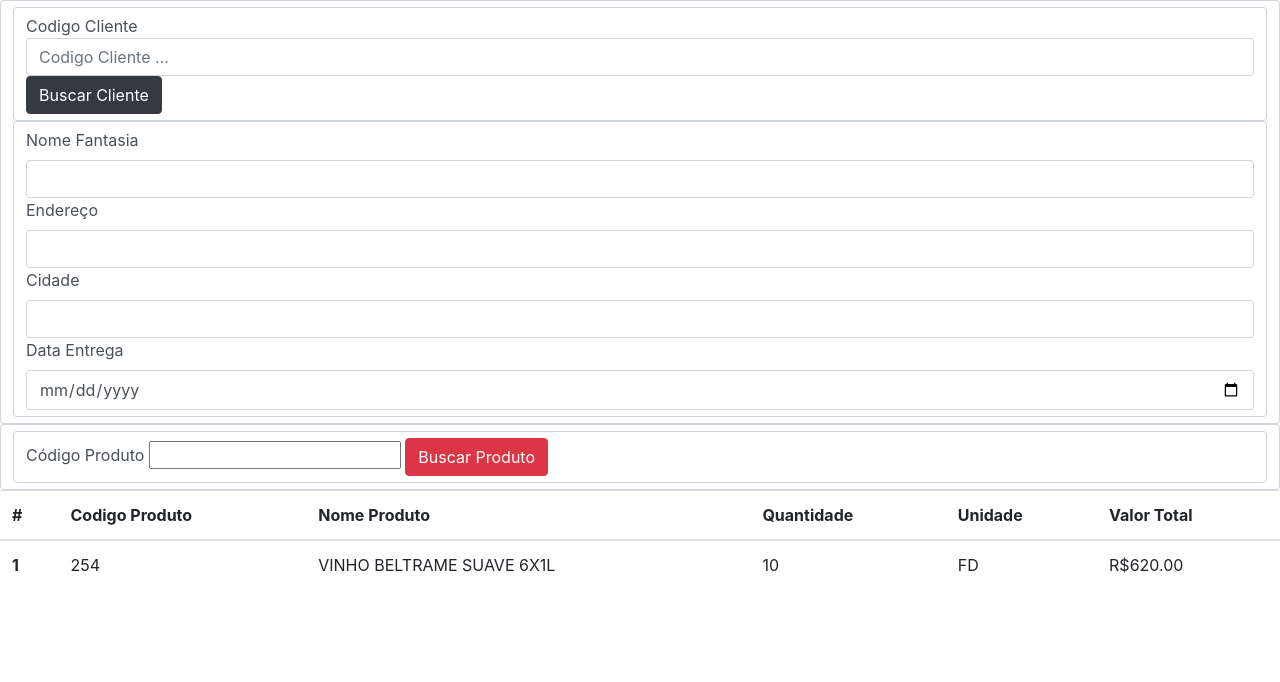
Repository: RobertoAntunes35/controle-estoque
Page: backend/templates/paginaGeracaoPedidos.html
The author's editor kept a copy of each file at every save. The page is drawn from the files as they stood at one save, then again after the next save.
The browser window is 1280 px wide. The pictures show the whole page.
Some web libraries are served in a nearby version. The template is drawn by Flask 3. The application's start-up code is not run. Other server files are loaded and not shown. The template is opened directly, without the code that normally fills it, so the values that code supplies are empty.

Above is the page before, as saved 2023-06-06 10:45:22.

### backend/templates/paginaGeracaoPedidos.html
{% extends "index.html" %}

{% block title %} Geração Pedidos {% endblock %}

{% block content %}
<div class="content-geracao-pedido">
        <form action="">
            <div class="data-clientes form-control">
                <div class="buscar form-control">
                    <label class="form-check-label" for="">Codigo Cliente</label>
                    <input class="form-control" type="text" name="codigoCliente" id="codigoCliente" placeholder="Codigo Cliente ...">
                    <a href="#" class="btn btn-dark">Buscar Cliente</a>
                </div>

                <div class="datas-cliente form-control">
                    <label for="">Nome Fantasia</label>
                    <input class="form-control" type="text" name="nomeFantasia" id="nomeFantasia">

                    <label for="">Endereço</label>
                    <input class="form-control" type="text" name="enderecoCliente" id="enderecoCliente">

                    <label for="">Cidade</label>
                    <input class="form-control" type="text" name="cidadeCliente" id="cidadeCliente">

                    <label for="">Data Entrega</label>
                    <input class="form-control" type="date" name="dataEntrega" id="dataEntrega">
                </div>
            </div>
            <div class="produtos">
                <div class="busca-produtos form-control">
                    <div class="busca form-control">
                        <label for="">Código Produto</label>
                        <input type="text" name="codigoProduto" id="codigoProduto">
                        <button class="btn btn-danger" id="btnBuscaProduto" name="btnBuscaProduto">Buscar Produto</button>

                    </div>
                </div>


                <table class="table">
                    <thead>
                        <tr>
                            <th scope="col">#</th>
                            <th scope="col">Codigo Produto</th>
                            <th scope="col">Nome Produto</th>
                            <th scope="col">Quantidade</th>
                            <th scope="col">Unidade</th>
                            <th scope="col">Valor Total</th>
                        </tr>
                    </thead>

                    <tbody>
                        <tr>
                            <th scope="row">1</th>
                            <td>254</td>
                            <td>VINHO BELTRAME SUAVE 6X1L</td>
                            <td>10</td>
                            <td>FD</td>
                            <td>R$620.00</td>
                        </tr>
                    </tbody>

                </table>

            </div>

        </form>
    </div>

{% endblock %}

### backend/templates/index.html
<!DOCTYPE html>
<html lang="en">

{% block head %}
<head>
    <meta charset="UTF-8">
    <meta http-equiv="X-UA-Compatible" content="IE=edge">
    <meta name="viewport" content="width=device-width, initial-scale=1.0">
    <title>{% block title %} {% endblock %}</title>

    <script src="https://ajax.googleapis.com/ajax/libs/jquery/3.5.1/jquery.min.js"></script>
    <!-- CSS INTERNO -->
    <link rel="stylesheet" href="{{ url_for('static', filename='css/globalStyle.css') }}">

    <!-- FONTE -->

    <!-- BOOTSTRAP -->
    <link rel="stylesheet" href="https://maxcdn.bootstrapcdn.com/bootstrap/4.0.0/css/bootstrap.min.css">
    <script src="https://maxcdn.bootstrapcdn.com/bootstrap/4.0.0/js/bootstrap.min.js"></script>
    <script src="https://cdnjs.cloudflare.com/ajax/libs/popper.js/1.12.9/umd/popper.min.js"></script>

    <!-- SCRIPT INTERNO -->
    <script src="{{ url_for('static' , filename='js/script.js') }}"></script>

    <!-- SCRIPTS AUXILIARES -->

</head>
{% endblock %}

<body>
   <div class="content">
    {% block content %} {% endblock %}
    </div>

</body>
</html>

### backend/static/css/globalStyle.css
* {
    margin: 0 auto;
    padding: 0;
    box-sizing: border-box;
}

.div-formulario {
    border: 1px solid;
}

.container {
    display: flex;
    justify-content: left;
    align-items: center;
    width: 100vw;
    height: 100vh;

    /* border: 1px solid; */
}

.search-product{
    /* border: 1px solid; */
}
.values-find{
    /* border: 1px solid; */
}

.choices-values{
    /* border: 1px solid; */
}

### backend/static/js/script.js

$(document).ready(function() {
    $('#btnBuscar').click(function(event) {
        event.preventDefault();

        var inputValue = $('#codigo').val();
        console.log(inputValue);

    $.ajax({
        url: '/busca_produtos',
        type: 'POST',
        data: {codigoProduto: inputValue},
        success: function(date) {
            $('#descricao').val(date.updatedValue.descricao)
            $('#codigoFornecedor').val(date.updatedValue.codigoFornecedor)
            $('#unidade').val(date.updatedValue.unidade)
        }
    });
    });
});


function verificarEnter(event) {
    if(event.keyCode === 13) {
        event.preventDefault();

        var botao = document.getElementById("btnBuscar")
        botao.click();
    }
}

After the next save:
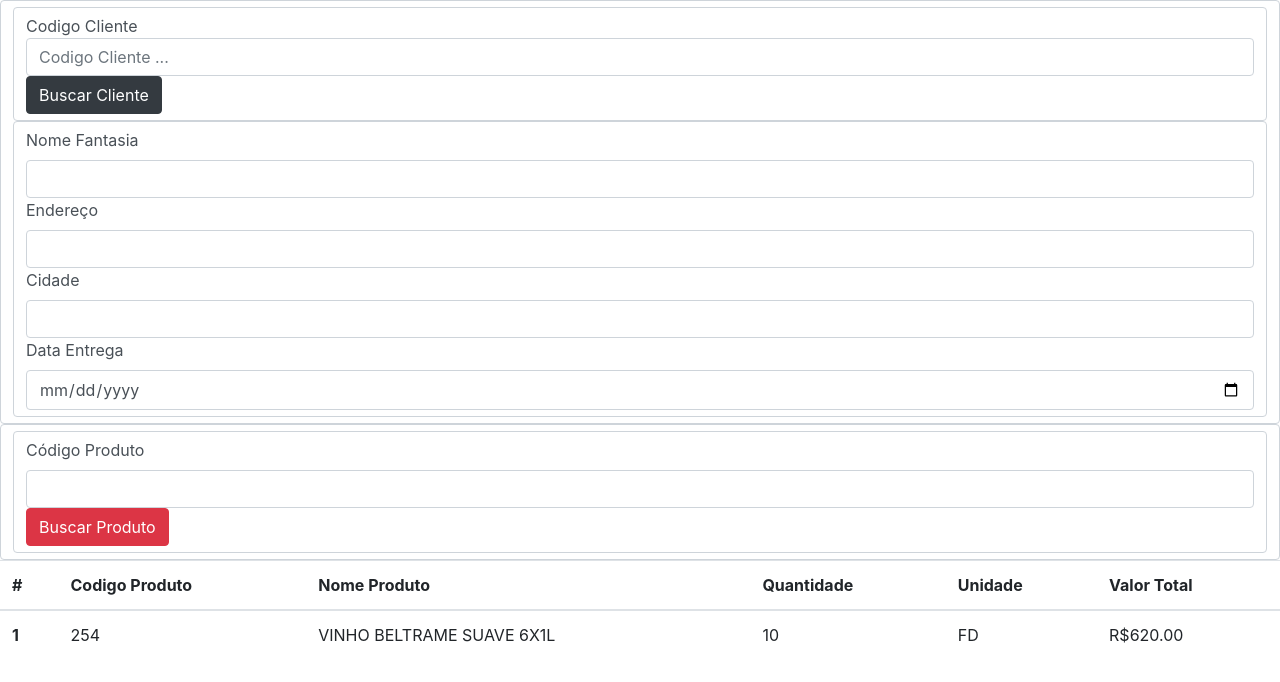
Saved 7 s later.
--- a/backend/templates/paginaGeracaoPedidos.html
+++ b/backend/templates/paginaGeracaoPedidos.html
@@ -30,7 +30,7 @@
                 <div class="busca-produtos form-control">
                     <div class="busca form-control">
                         <label for="">Código Produto</label>
-                        <input type="text" name="codigoProduto" id="codigoProduto">
+                        <input class="form-control" type="text" name="codigoProduto" id="codigoProduto">
                         <button class="btn btn-danger" id="btnBuscaProduto" name="btnBuscaProduto">Buscar Produto</button>
 
                     </div>

After the save that followed:
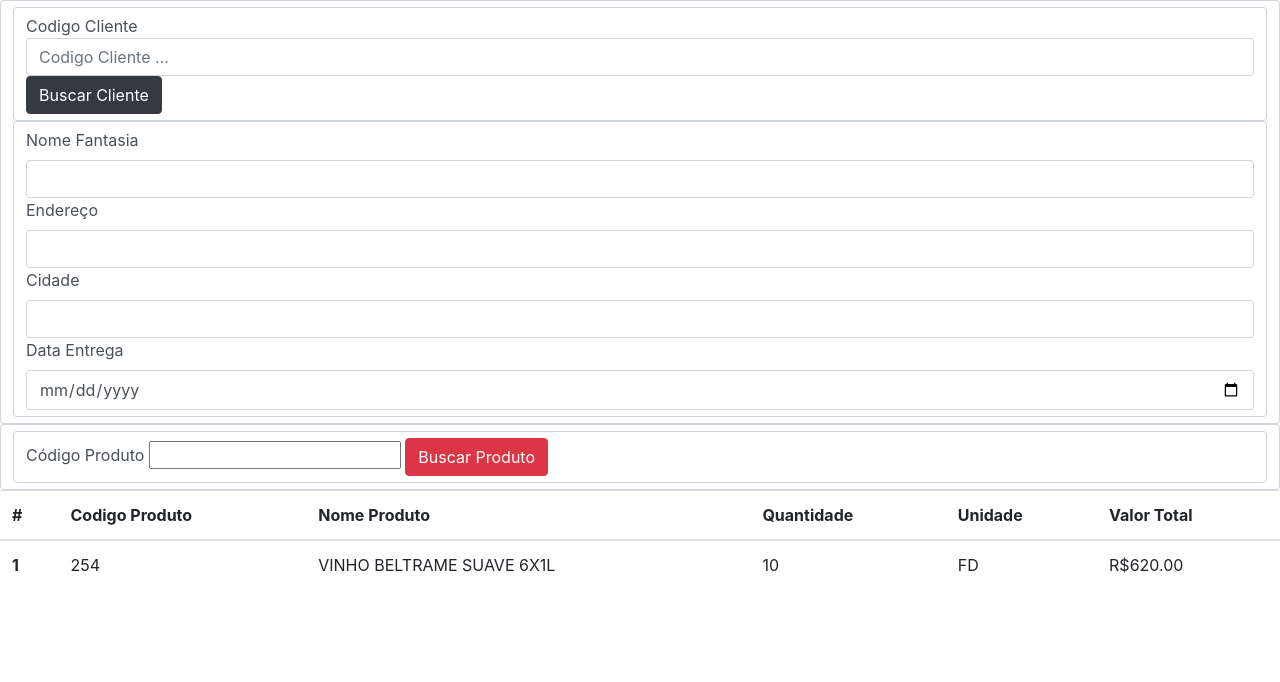
Saved 10 s later.
--- a/backend/templates/paginaGeracaoPedidos.html
+++ b/backend/templates/paginaGeracaoPedidos.html
@@ -30,7 +30,7 @@
                 <div class="busca-produtos form-control">
                     <div class="busca form-control">
                         <label for="">Código Produto</label>
-                        <input class="form-control" type="text" name="codigoProduto" id="codigoProduto">
+                        <input class="" type="text" name="codigoProduto" id="codigoProduto">
                         <button class="btn btn-danger" id="btnBuscaProduto" name="btnBuscaProduto">Buscar Produto</button>
 
                     </div>
